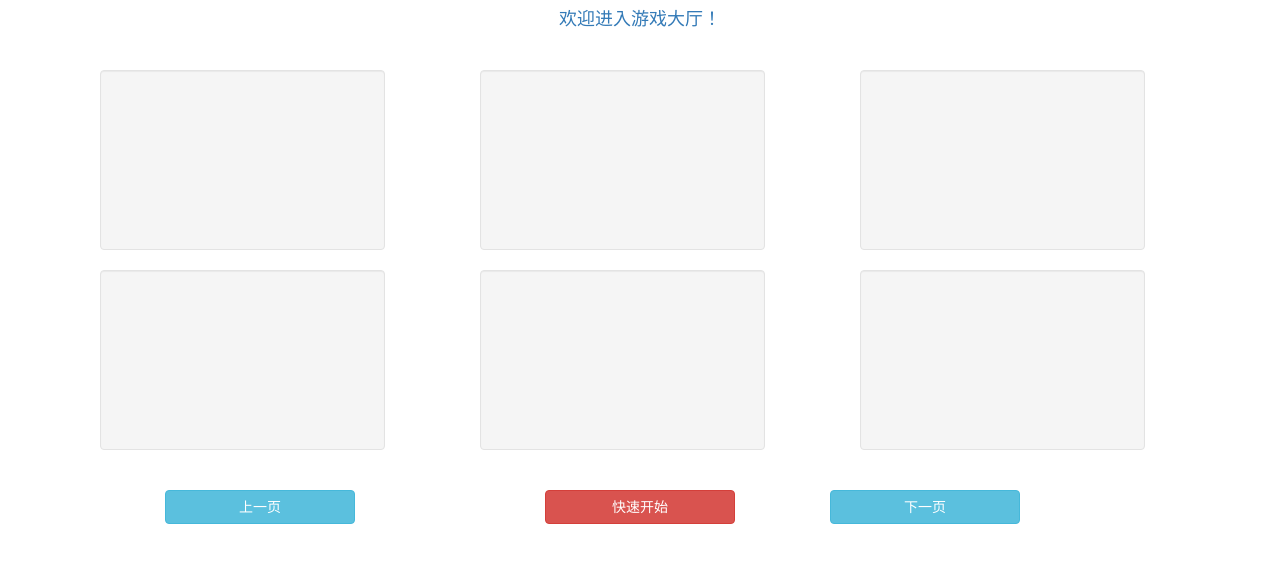
Repository: eheihaha2/whoisthespy-
Page: webDemo/WebContent/lobby.html
These files come from the project's save history. The page is drawn as it stood at one moment and after the next save; the edit follows.
The browser window is 1280 px wide. The pictures show the whole page.
The page's requests for data from a server got no answer.

Above is the page before, as saved 2020-02-25 18:57:21.

After the next save:
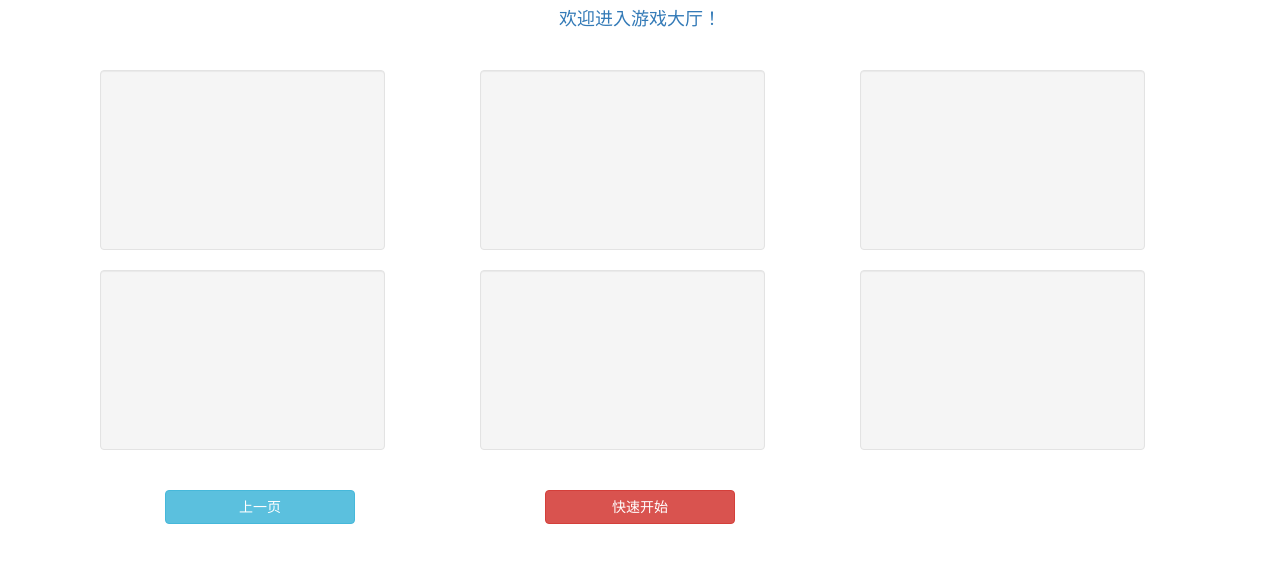
Saved 66 s later.
--- a/webDemo/WebContent/lobby.html
+++ b/webDemo/WebContent/lobby.html
@@ -49,8 +49,7 @@
 		</div>
 		<div class="row Btn">
 		<button class="btn btn-info col-md-2 col-md-offset-1">上一页</button>
-		<button class="btn btn-danger col-md-2 col-md-offset-2 onclick="window.location.href='room.html'"">快速开始</button>
-		<button class="btn btn-info col-md-2 col-md-offset-1" >下一页</button>
+		<button class="btn btn-danger col-md-2 col-md-offset-2" onclick="window.location.href='room.html'">快速开始</button>
 		</div>
 	</div>
 </div>

After the save that followed:
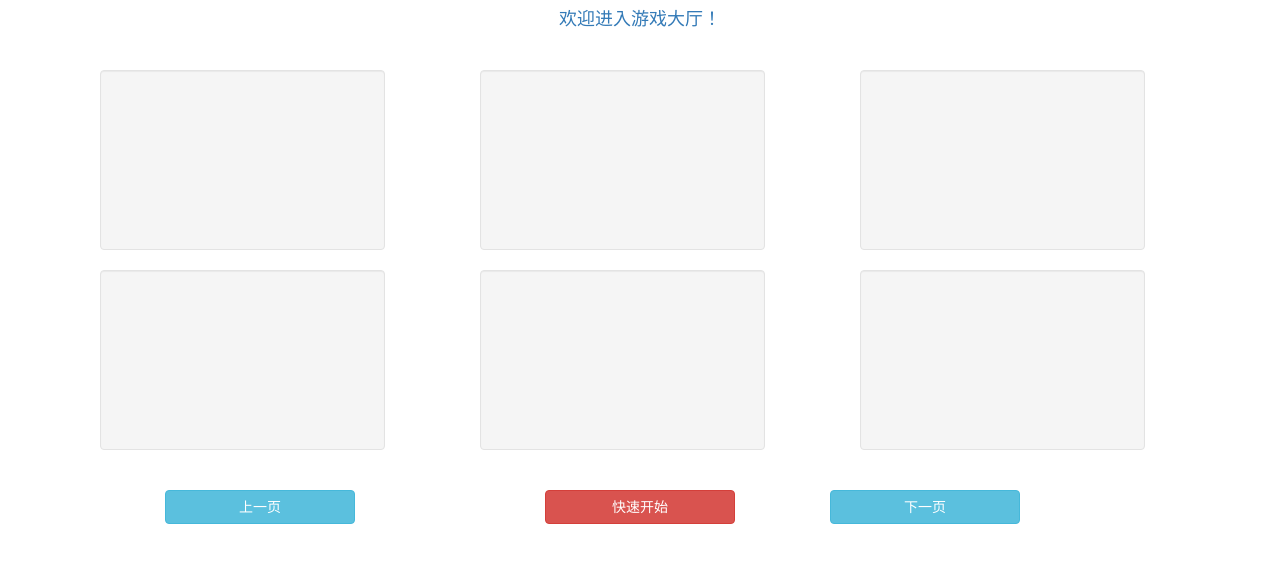
Saved 7 s later.
--- a/webDemo/WebContent/lobby.html
+++ b/webDemo/WebContent/lobby.html
@@ -50,6 +50,7 @@
 		<div class="row Btn">
 		<button class="btn btn-info col-md-2 col-md-offset-1">上一页</button>
 		<button class="btn btn-danger col-md-2 col-md-offset-2" onclick="window.location.href='room.html'">快速开始</button>
+		<button class="btn btn-info col-md-2 col-md-offset-1" >下一页</button>
 		</div>
 	</div>
 </div>
